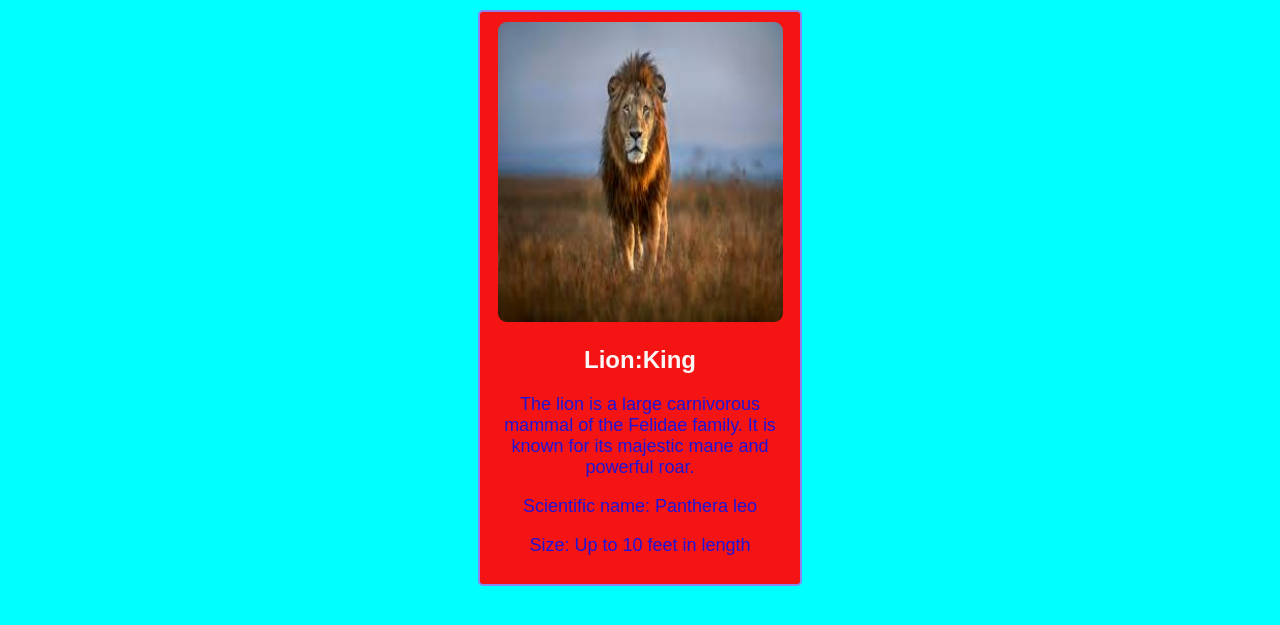
Repository: KingBoyMaylow/Animal-trading-card
Page: index.html
These files come from the project's save history. The page is drawn as it stood at one moment and after the next save; the edit follows.
The browser window is 1280 px wide. The pictures show the whole page.

Above is the page before, as saved 2024-05-13 22:15:18.

After the next save:
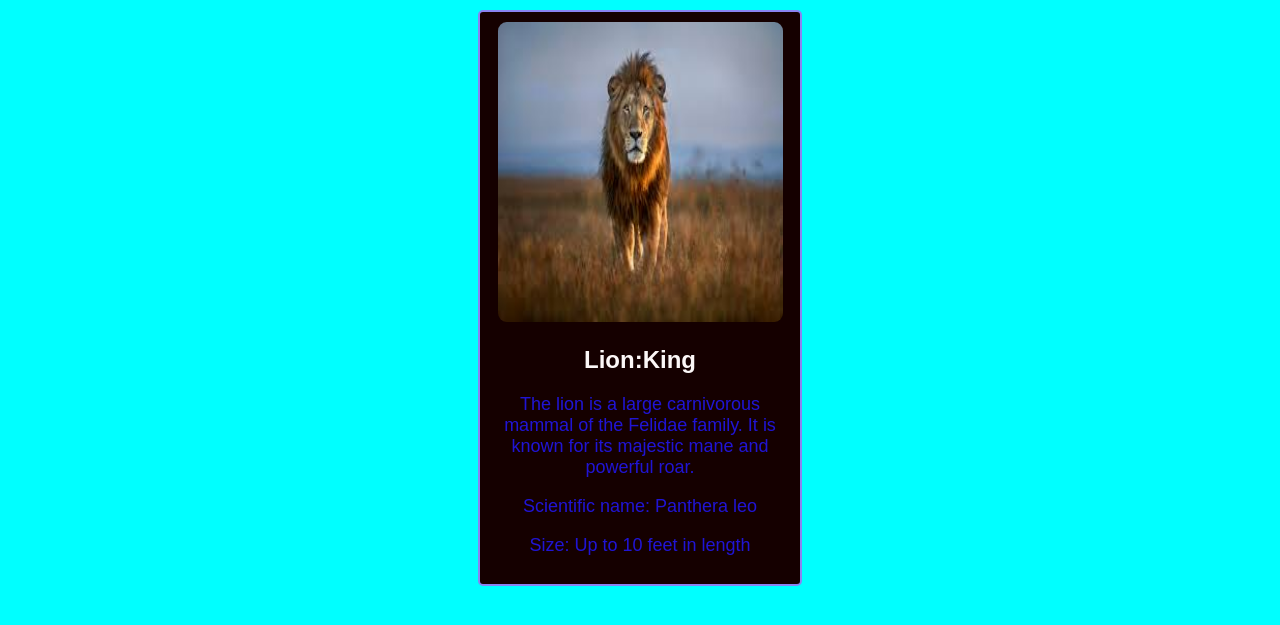
Saved 26 s later.
--- a/index.html
+++ b/index.html
@@ -18,7 +18,7 @@
         border-radius: 5px;
         margin: 10px auto;
         padding: 10px;
-        background-color: #f51414;
+        background-color: #150000;
     }
     .card img {
         width: 95%;
